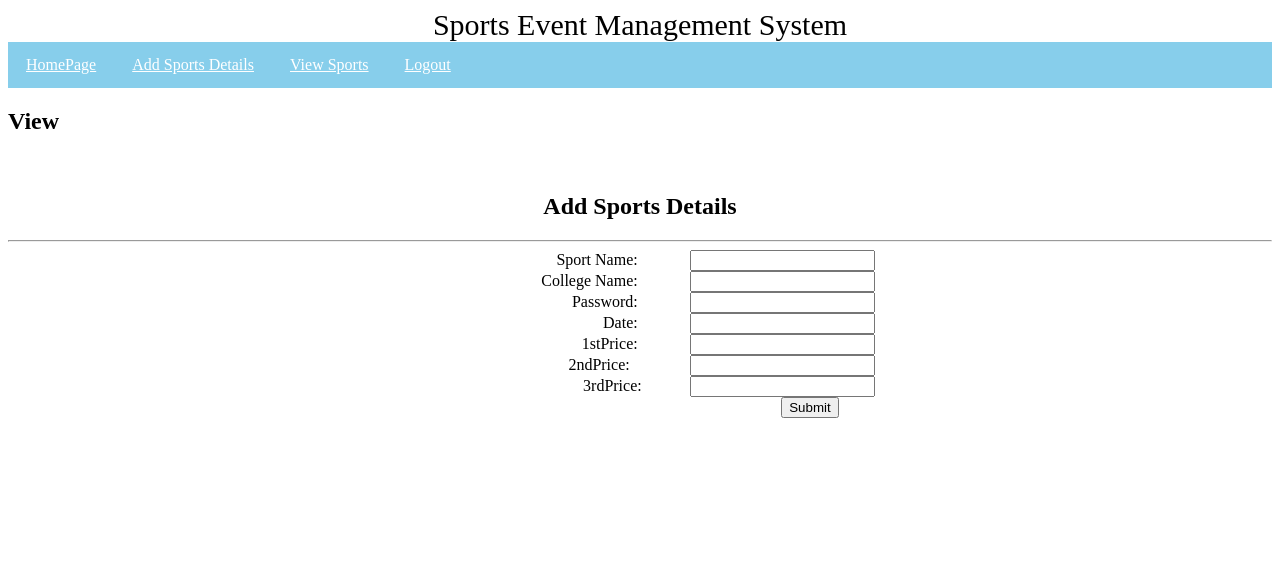
Repository: svrm1014/sportseventmanagement
Page: http://localhost/sportsmanagement/WEB-INF/views/addsportsdetails.jsp
The author's editor kept a copy of each file at every save. The page is drawn from the files as they stood at one save, then again after the next save.
The browser window is 1280 px wide. The pictures show the whole page.
The page is served by Tomcat 9. Nobody is signed in. Other server files are loaded and not shown. The template is opened directly, without the code that normally fills it, so the values that code supplies are empty.

Above is the page before, as saved 2021-05-04 00:59:20.

### sportsmanagement/src/main/webapp/WEB-INF/views/addsportsdetails.jsp
<%@ page language="java" contentType="text/html; charset=ISO-8859-1"
    pageEncoding="ISO-8859-1"%>
    <%@ taglib prefix="form" uri="http://www.springframework.org/tags/form" %>
<!DOCTYPE html PUBLIC "-//W3C//DTD HTML 4.01 Transitional//EN" "http://www.w3.org/TR/html4/loose.dtd">
<html>
<head>
<style type="text/css">

.title{
text-align:center;
font-size:30px;
}

ul {
list-style-type:none;
margin:0px;
padding:0px;
background-color:skyblue;
overflow:hidden;
}
li{
float:left;
}
li a{
display:block;
padding : 14px 18px;
color:white;
}

form{
display:inline-block;
text-align:right;
}
</style>

<meta http-equiv="Content-Type" content="text/html; charset=ISO-8859-1">
<title>Sports Event Management System</title>
</head>
<body>
    <div class="title">Sports Event Management System</div>
    <div class="menu">
    <ul>
    <li><a href="/homepage">HomePage</a></li>
    <li><a href="/addsportsdetails">Add Sports Details</a></li>
    <li><a href="/viewsports">View Sports</a></li>
    <li><a href="/admin">Logout</a></li>

    </ul>
 </div>
    <div align="left">
        <h2>View</h2>
    </div>
    <div align="center">
     <h2>Add Sports Details</h2>
    <hr>
        <form:form action="sportsdetails" method="post" modelAttribute="sportsdetailsKey">
            <form:label path="sportname">Sport Name:</form:label>
            <form:input path="sportname"/><br/>

            <form:label path="collegename">College Name:</form:label>
            <form:input path="collegename"/><br/>

            <form:label path="location">Password:</form:label>
            <form:input path="location"/><br/>

            <form:label path="date" placeholder="dd/mm/yyyy">Date:</form:label>
            <form:input path="date"/><br/>

           <form:label path="firstprice">1stPrice:</form:label>
            <form:input path="firstprice"/><br/>

            <form:label path="secondprice">2ndPrice:</form:label>
              <form:input path="secondprice"/><br/>

            <form:label path="thirdprice">3rdPrice:</form:label>
           <form:input path="thirdprice"/><br/>

            <form:button>Submit</form:button>
        </form:form>
    </div>

</body>
</html>

After the next save:
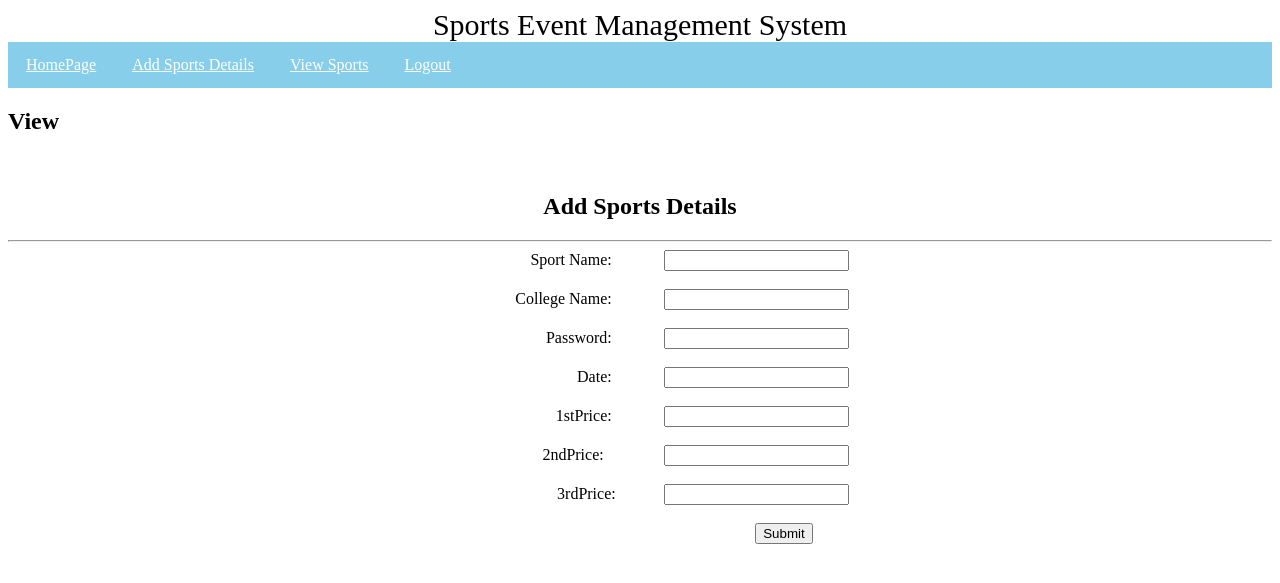
Saved 3 min 47 s later.
--- a/sportsmanagement/src/main/webapp/WEB-INF/views/addsportsdetails.jsp
+++ b/sportsmanagement/src/main/webapp/WEB-INF/views/addsportsdetails.jsp
@@ -1,35 +1,36 @@
 <%@ page language="java" contentType="text/html; charset=ISO-8859-1"
-    pageEncoding="ISO-8859-1"%>
-    <%@ taglib prefix="form" uri="http://www.springframework.org/tags/form" %>
+	pageEncoding="ISO-8859-1"%>
+<%@ taglib prefix="form" uri="http://www.springframework.org/tags/form"%>
 <!DOCTYPE html PUBLIC "-//W3C//DTD HTML 4.01 Transitional//EN" "http://www.w3.org/TR/html4/loose.dtd">
 <html>
 <head>
 <style type="text/css">
-
-.title{
-text-align:center;
-font-size:30px;
+.title {
+	text-align: center;
+	font-size: 30px;
 }
 
 ul {
-list-style-type:none;
-margin:0px;
-padding:0px;
-background-color:skyblue;
-overflow:hidden;
-}
-li{
-float:left;
-}
-li a{
-display:block;
-padding : 14px 18px;
-color:white;
+	list-style-type: none;
+	margin: 0px;
+	padding: 0px;
+	background-color: skyblue;
+	overflow: hidden;
 }
 
-form{
-display:inline-block;
-text-align:right;
+li {
+	float: left;
+}
+
+li a {
+	display: block;
+	padding: 14px 18px;
+	color: white;
+}
+
+form {
+	display: inline-block;
+	text-align: right;
 }
 </style>
 
@@ -37,47 +38,57 @@ text-align:right;
 <title>Sports Event Management System</title>
 </head>
 <body>
-    <div class="title">Sports Event Management System</div>
-    <div class="menu">
-    <ul>
-    <li><a href="/homepage">HomePage</a></li>
-    <li><a href="/addsportsdetails">Add Sports Details</a></li>
-    <li><a href="/viewsports">View Sports</a></li>
-    <li><a href="/admin">Logout</a></li>
+	<div class="title">Sports Event Management System</div>
+	<div class="menu">
+		<ul>
+			<li><a href="/homepage">HomePage</a></li>
+			<li><a href="/addsportsdetails">Add Sports Details</a></li>
+			<li><a href="/viewsports">View Sports</a></li>
+			<li><a href="/admin">Logout</a></li>
 
-    </ul>
- </div>
-    <div align="left">
-        <h2>View</h2>
-    </div>
-    <div align="center">
-     <h2>Add Sports Details</h2>
-    <hr>
-        <form:form action="sportsdetails" method="post" modelAttribute="sportsdetailsKey">
+		</ul>
+	</div>
+	<div align="left">
+		<h2>View</h2>
+	</div>
+	<div align="center">
+
+		<h2>Add Sports Details</h2>
+		<hr>
+
+		<form:form action="sportsdetails" method="post"
+			modelAttribute="sportsdetailsKey">
             <form:label path="sportname">Sport Name:</form:label>
-            <form:input path="sportname"/><br/>
-
+            <form:input path="sportname" />
+			<br />
+             <br />
             <form:label path="collegename">College Name:</form:label>
-            <form:input path="collegename"/><br/>
-
+            <form:input path="collegename" />
+			<br />
+             <br />
             <form:label path="location">Password:</form:label>
-            <form:input path="location"/><br/>
-
+            <form:input path="location" />
+			<br />
+ 			<br />
             <form:label path="date" placeholder="dd/mm/yyyy">Date:</form:label>
-            <form:input path="date"/><br/>
-
+            <form:input path="date" />
+			<br />
+             <br />
            <form:label path="firstprice">1stPrice:</form:label>
-            <form:input path="firstprice"/><br/>
-
+            <form:input path="firstprice" />
+			<br />
+             <br />
             <form:label path="secondprice">2ndPrice:</form:label>
-              <form:input path="secondprice"/><br/>
-
+              <form:input path="secondprice" />
+			<br />
+ 			 <br />
             <form:label path="thirdprice">3rdPrice:</form:label>
-           <form:input path="thirdprice"/><br/>
-
+           <form:input path="thirdprice" />
+			<br />
+                 <br />
             <form:button>Submit</form:button>
         </form:form>
-    </div>
+	</div>
 
 </body>
 </html>
